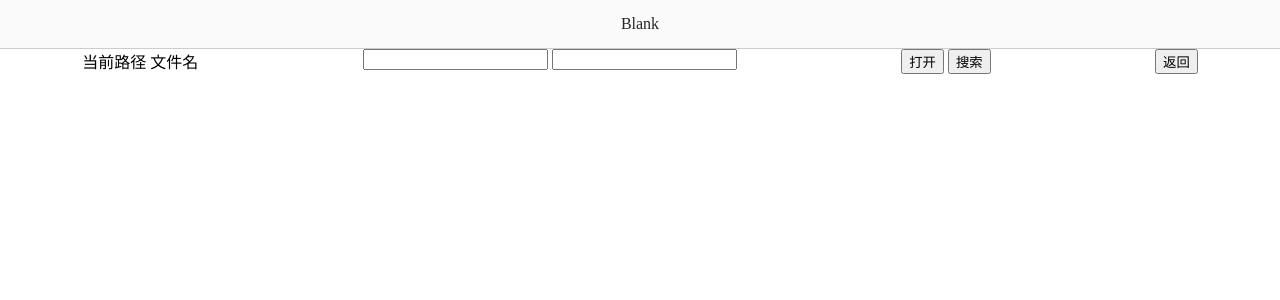
Repository: andycj7/-
Page: JS插件开发/filesystem/index.html
An editor plug-in stored every save of this project. The page is shown before and after the next save, followed by the edit.
The browser window is 1280 px wide. The pictures show the whole page.

Above is the page before, as saved 2020-07-21 07:47:25.
Console error (its wording comes from the project's code and is left out).

After the next save:
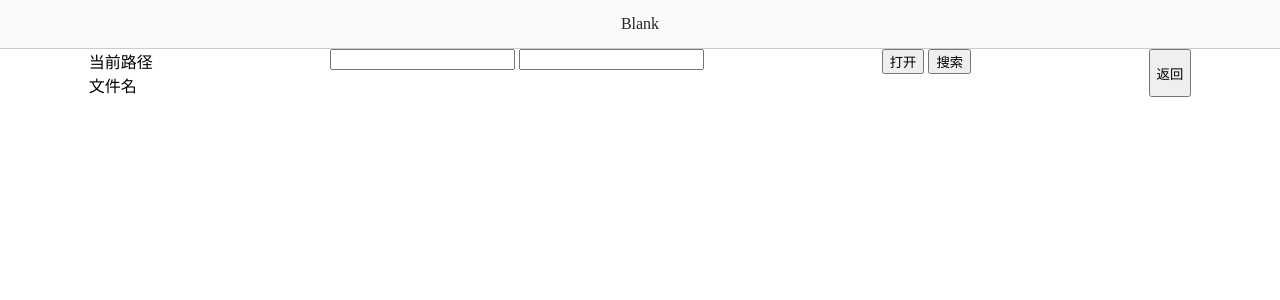
Saved 62 s later.
--- a/JS插件开发/filesystem/css/base.css
+++ b/JS插件开发/filesystem/css/base.css
@@ -32,8 +32,10 @@ body {
 	justify-content: space-around;
 }
 
-.div-child-2 {
-
+.div-control-column {
+	display: flex;
+	flex-direction: column;
+	justify-content: space-around;
 }
 
 .label {
